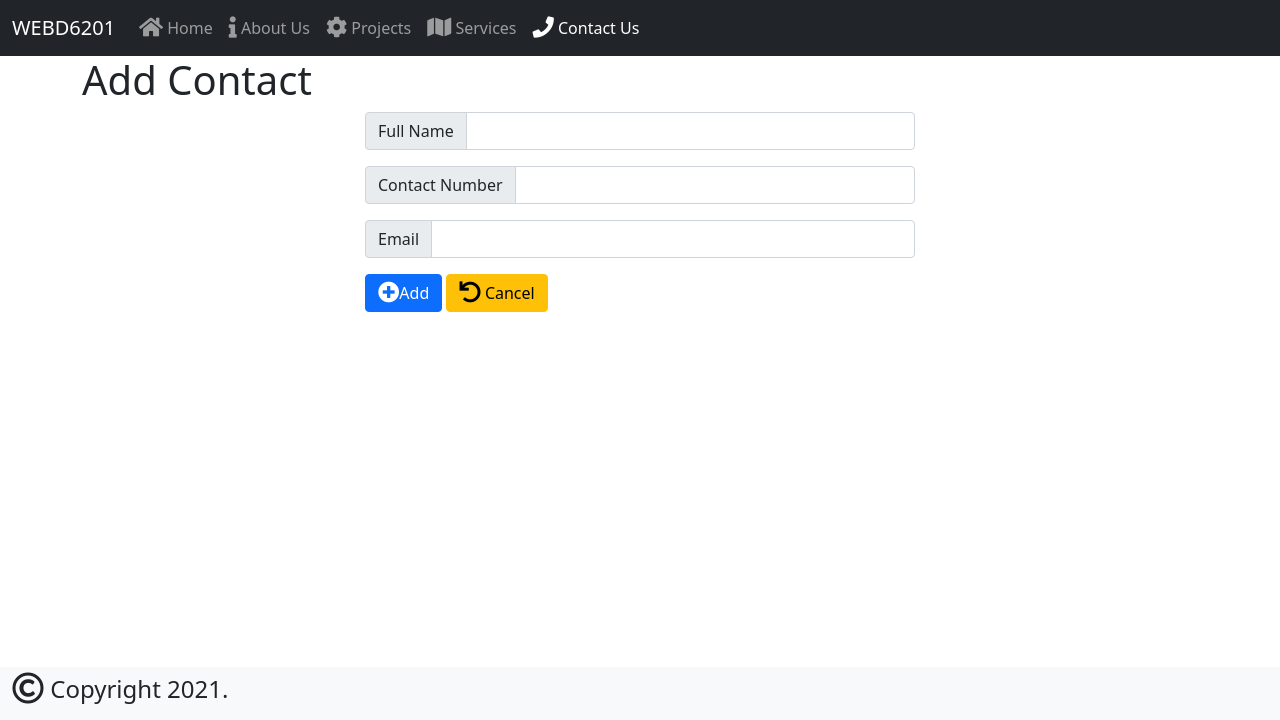
Repository: aphim/webd6201ICE6
Page: edit.html
An editor plug-in stored every save of this project. The page is shown before and after the next save, followed by the edit.
The browser window is 1280 px wide. The pictures show the whole page.

Above is the page before, as saved 2021-02-11 09:34:12.

### edit.html
<!DOCTYPE html>
<html lang="en">
<head>
    <meta charset="UTF-8">
    <meta name="viewport" content="width=device-width, initial-scale=1.0">
    <title>Edit</title>
    <!-- CSS Section -->
    <link rel="stylesheet" href="./node_modules/bootstrap/dist/css/bootstrap.min.css">
    <link rel="stylesheet" href="./node_modules/@fortawesome/fontawesome-free/css/all.min.css">
    <link rel="stylesheet" href="./Content/app.css">
</head>
<body>
    <!-- Main Header -->
    <header>
        <!-- Main Navigation -->
        <nav class="navbar navbar-expand-lg navbar-dark bg-dark">
            <div class="container-fluid">
              <a class="navbar-brand" href="index.html">WEBD6201</a>
              <button class="navbar-toggler" type="button" data-bs-toggle="collapse" data-bs-target="#navbarSupportedContent" aria-controls="navbarSupportedContent" aria-expanded="false" aria-label="Toggle navigation">
                <span class="navbar-toggler-icon"></span>
              </button>
              <div class="collapse navbar-collapse" id="navbarSupportedContent">
                <ul class="navbar-nav me-auto mb-2 mb-lg-0">
                  <li class="nav-item">
                    <a class="nav-link" aria-current="page" href="index.html"><i class="fas fa-home fa-lg"></i> Home</a>
                  </li>

                  <li class="nav-item">
                    <a class="nav-link" aria-current="page" href="about.html"><i class="fas fa-info fa-lg"></i> About Us</a>
                  </li>

                  <li class="nav-item">
                    <a class="nav-link" aria-current="page" href="projects.html"><i class="fas fa-cog fa-lg"></i> Projects</a>
                  </li>

                  <li class="nav-item">
                    <a class="nav-link" aria-current="page" href="services.html"><i class="fas fa-map fa-lg"></i> Services</a>
                  </li>

                  <li class="nav-item">
                    <a class="nav-link active" aria-current="page" href="contact.html"><i class="fas fa-phone fa-lg"></i> Contact Us</a>
                  </li>
                </ul>
              </div>
            </div>
          </nav>
    </header>

    <!-- Main Content -->
    <main class="container">
        <h1>Edit Contact</h1>
        <div id="messageArea"></div>

        <div class="row justify-content-lg-center g-3">
          <form class="col-lg-6 col-md-10 col-sm-10">

            <div class="input-group mb-3">
              <span class="input-group-text" id="inputGroup-sizing-default">Full Name </span>
              <input id="fullName" type="text" class="form-control" aria-label="Full Name" aria-describedby="Full Name Input"
              name="fullName" required>
            </div>

            <div class="input-group mb-3">
              <span class="input-group-text" id="inputGroup-sizing-default">Contact Number</span>
              <input id="contactNumber" type="tel" class="form-control" aria-label="Contact Number" aria-describedby="Contact Number Input"
              name="contactNumber" required>
            </div>

            <div class="input-group mb-3">
              <span class="input-group-text" id="inputGroup-sizing-default">Email</span>
              <input id="emailAddress" type="email" class="form-control" aria-label="Email Address" aria-describedby="Email Address Input"
              name="emailAddress" required>
            </div>


            <button id="editButton" type="submit" class="btn btn-primary"><i class="fas fa-edit fa-lg"></i> Edit</button>
            <button id="cancelButton" type="button" class="btn btn-warning"><i class="fas fa-undo fa-lg"></i> Cancel</button>
          </form>

    </main>

    <!-- Main Footer -->
    <footer>
        <nav class="navbar fixed-bottom navbar-light bg-light">
            <div class="container-fluid">
              <h4><i class="far fa-copyright fa-lg"></i> Copyright 2021.</h4>
            </div>
          </nav>
    </footer>

    <!-- Script Section-->
    <script src="./node_modules/jquery/dist/jquery.min.js"></script>
    <script src="./node_modules/bootstrap/dist/js/bootstrap.bundle.min.js"></script>

    <script src="./Scripts/namespace.js"></script>
    <script src="./Scripts/contact.js"></script>
    <script src="./Scripts/app.js"></script>
</body>
</html>

### Scripts/namespace.js

//namespace core
let core;

### Scripts/contact.js
"use strict";
// Contact Class

((core)=>{
  class Contact {
    // getters and setters
    get FullName()
    {
      return this.m_fullName;
    }

    set FullName(value)
    {
      this.m_fullName = value;
    }

    get ContactNumber()
    {
      return this.m_contactNumber;
    }

    set ContactNumber(value)
    {
      this.m_contactNumber = value;
    }

    get EmailAddress()
    {
      return this.m_emailAddress;
    }

    set EmailAddress(value)
    {
      this.m_emailAddress = value;
    }

    // constructor

    /**
     * @param {string} fullName
     * @param {string} contactNumber
     * @param {string} emailAddress
     */
    constructor(fullName = "", contactNumber = "", emailAddress = "")
    {
      this.FullName = fullName;
      this.ContactNumber = contactNumber;
      this.EmailAddress = emailAddress;
    }

    // methods

    /**
     * This method overrides the built-in toString method for the Contact class
     *
     * @returns {string}
     */
    toString()
    {
      return `Full Name     : ${this.FullName} \nContact Number: ${this.ContactNumber}\nEmail Address : ${this.EmailAddress}`;
    }

    /**
     * This method returns a JSON object made up of the properties of the Contact class
     *
     * @returns {Object}
     */
    toJSON()
    {
      return {
        "fullName": this.FullName,
        "contactNumber": this.ContactNumber,
        "emailAddress": this.EmailAddress
      }
    }

    /**
     * This method converts the Contact into a comma-separated value string
     *
     * @returns {string}
     */
    serialize()
    {
      if(this.FullName !== "" && this.ContactNumber !== "" && this.EmailAddress !== "")
      {
        return `${this.FullName},${this.ContactNumber},${this.EmailAddress}`;
      }
      else
      {
        console.error("One or more properties of the Contact is empty");
        return null;
      }
    }

    /**
     * This method takes a comma-separated data string and assigns the values to the Contact class properties
     *
     * @param {string} data
     * @return {void}
     */
    deserialize(data)
    {
      let propertyArray = data.split(",");
      this.FullName = propertyArray[0];
      this.ContactNumber = propertyArray[1];
      this.EmailAddress = propertyArray[2];
    }
  }

core.Contact = Contact;

})(core || (core={}));

### Scripts/app.js
/* custom JavaScript goes here */

//IIFE - Immediately Invoked Function Expression
//AKA - Anonymous Self-Executing Function
//Closure - limits scope leak

"use strict";


((core) =>
{
    function displayHome()
    {

      $("button").on("mouseover", () =>
      {
        console.log("mouseover button - jquery");
      });

      let myButton = document.querySelectorAll("button")[0];
       myButton.addEventListener("click", function()
      {
        console.log("clicked button - js");
      });

      console.log(myButton);


        let paragraphOneText =
          "This is a simple site to demonstrate DOM Manipulation for ICE 1";

        let paragraphOneElement = document.getElementById("paragraphOne");

        paragraphOneElement.textContent = paragraphOneText;
        paragraphOneElement.className = "fs-5";

        // Step 1. document.createElement
        let newParagraph = document.createElement("p");
        // Step 2. configure the element
        newParagraph.setAttribute("id", "paragraphTwo");
        newParagraph.textContent = "...And this is paragraph two";
        // Step 3. select the parent element
        let mainContent = document.getElementsByTagName("main")[0];
        // Step 4. Add / Insert the element
        mainContent.appendChild(newParagraph);

        newParagraph.className = "fs-6";

        // another way of injecting content
        let paragraphDiv = document.createElement("div");
        let paragraphThree = `<p id="paragraphThree" class="fs-7 fw-bold">And this is the Third Paragraph</p>`;
        paragraphDiv.innerHTML = paragraphThree;

        // insertions

        // example of inserting before a node
        //newParagraph.before(paragraphDiv);

        // example of inserting after a node
        newParagraph.after(paragraphDiv);

        // deletions

        // example of removing a single element
        //paragraphOneElement.remove();

        // example of removeChild
        mainContent.removeChild(paragraphOneElement);

        // update / modification
        //mainContent.firstElementChild.textContent = "Welcome Home!";

        mainContent.innerHTML = `<h1 id="firstHeading">Welcome to WEBD6201 - Lab 1</h1>
         <p id="paragraphOne" class="fs-3 fw-bold">This is my first Paragraph</p>
        `;

    }

    function displayAbout()
    {

    }

    function displayProjects()
    {

    }

    function displayServices()
    {

    }

    function testFullName()
    {
      let messageArea = $("#messageArea").hide();

      let fullNamePattern = /([A-Z][a-z]{1,25})+(\s|,|-)([A-Z][a-z]{1,25})+(\s|,|-)*/;

      $("#fullName").on("blur", function()
      {
          if(!fullNamePattern.test($(this).val()))
          {
            $(this).trigger("focus").trigger("select");
            messageArea.show().addClass("alert alert-danger").text("Please enter a valid Name. This must include a Capitalized first name followed by a Capitalized last name");

          }
          else
          {
            messageArea.removeAttr("class").hide();

          }
        });

    }

    function testContactNumber()
    {
      let messageArea = $("#messageArea");

      let contactNumberPattern = /^(\+\d{1,2}\s)?\(?\d{3}\)?[\s.-]\ d{3}[\s.-]\ d{4}$/;

      $("#contactNumber").on("blur", function()
      {
          if(!contactNumberPattern.test($(this).val()))
          {
            $(this).trigger("focus").trigger("select");
            messageArea.show().addClass("alert alert-danger").text("Please enter a valid Contact Number. Country code and area code are both optional.");

          }
          else
          {
            messageArea.removeAttr("class").hide();

          }
        });

    }

    function testEmailAddress()
    {
      let messageArea = $("#messageArea");

      let emailAddressPattern = /^([a-zA-Z0-9._%-]+@[a-zA-Z0-9.-]+\.[a-zA-Z]{2,6})*$/;

      $("#emailAddress").on("blur", function()
      {
          if(!emailAddressPattern.test($(this).val()))
          {
            $(this).trigger("focus").trigger("select");
            messageArea.show().addClass("alert alert-danger").text("Please enter a valid email address");

          }
          else
          {
            messageArea.removeAttr("class").hide();

          }
        });
    }

    function formValidation()
    {
      testFullName();
      testContactNumber();
      testEmailAddress();
    }

    function displayContact()
    {
      //form validation
      formValidation();

        $("#sendButton").on("click", (event)=>
        {
          if ($("#subscribeCheckbox")[0].checked)
          {
            let contact = new core.Contact(fullName.value, contactNumber.value, emailAddress.value);

            if(contact.serialize())
            {
              localStorage.setItem(key, contact.serialize());
            }
          }


        });

    }


    function displayContactList()
    {
      if (localStorage.length > 0)
      {
        let contactList = document.getElementById("contactList");

        let data = "";

        let keys = Object.keys(localStorage);

        let index = 1;

        for (const key of keys)
        {
          let contactData = localStorage.getItem(key);

          let contact = new core.Contact();
          contact.deserialize(contactData);

          data += `<tr>
          <th scope="row" class="text-center">${index}</th>
          <td>${contact.FullName}</td>
          <td>${contact.ContactNumber}</td>
          <td>${contact.EmailAddress}</td>
          <td class="text-center"><button value="${key}" class="btn btn-primary btn-sm edit"><i class="fas fa-edit fa-sm"></i> Edit</button></td>
          <td class="text-center"><button value="${key}" class="btn btn-danger btn-sm delete"><i class="fas fa-trash-alt fa-sm"></i> Delete</button></td>
        </tr>`;

        index++;
        }


        contactList.innerHTML = data;

        $("button.edit").on("click", function(){
          location.href = "edit.html#" +$(this).val();
         });

         $("button.delete").on("click", function(){
           if(confirm("Are you sure?"))
           {
            localStorage.removeItem($(this).val());
           }
           location.href = "contact-list.html"; // refresh the page
         });

         $("#addButton").on("click", function()
         {
         location.href = "edit.html";
        });

      }
    }

    function displayEdit()
    {
      let key = location.hash.substring(1);

      let contact = new core.Contact();

      if(key != "")
      {
        contact.deserialize(localStorage.getItem(key));

        $("#fullName").val(contact.FullName);
        $("#contactNumber").val(contact.ContactNumber);
        $("#emailAddress").val(contact.EmailAddress);
      }
      else
      {
        //modify page for add button instead of edit
        $("main>h1").text("Add Contact");
        //modify edit button
        $("#editButton").html(`<i class="fas fa-plus-circle fa-lg"></i>Add`);
      }

      //form validation
      formValidation();

      $("editButton").on("click", function()
      {

        if(document.forms[0].checkValidity)
        {

        }

        if(key == "")
        {
          key = contact.FullName.substring(0, 1) + Date.now();
        }

        contact.FullName = $("#fullName").val();
        contact.ContactNumber = $("#contactNumber").val();
        contact.EmailAddress = $("#emailAddress").val();

        localStorage.setItem(key, contact.serialize());
        location.href = "contact-list.html";

      });

      $("#cancelButton").on("click", function()
      {
        location.href = "contact-list.html";
      });
    }



    function Start()
    {
        console.log("App Started...");

        switch (document.title)
        {
          case "Home":
              displayHome();
            break;
          case "About":
              displayAbout();
            break;
          case "Projects":
              displayProjects();
            break;
          case "Services":
              displayServices();
            break;
          case "Contact":
              displayContact();
            break;
          case "Contact-List":
            displayContactList();
          break;
          case "Edit":
            displayEdit();
        break;
        }

    }

    window.addEventListener("load", Start);

    core.Start = Start;

}) (core || (core={}));

Loaded but not shown: node_modules/bootstrap/dist/css/bootstrap.min.css (library); node_modules/@fortawesome/fontawesome-free/css/all.min.css (library); Content/app.css (common file); node_modules/jquery/dist/jquery.min.js (library); node_modules/bootstrap/dist/js/bootstrap.bundle.min.js (library)

After the next save:
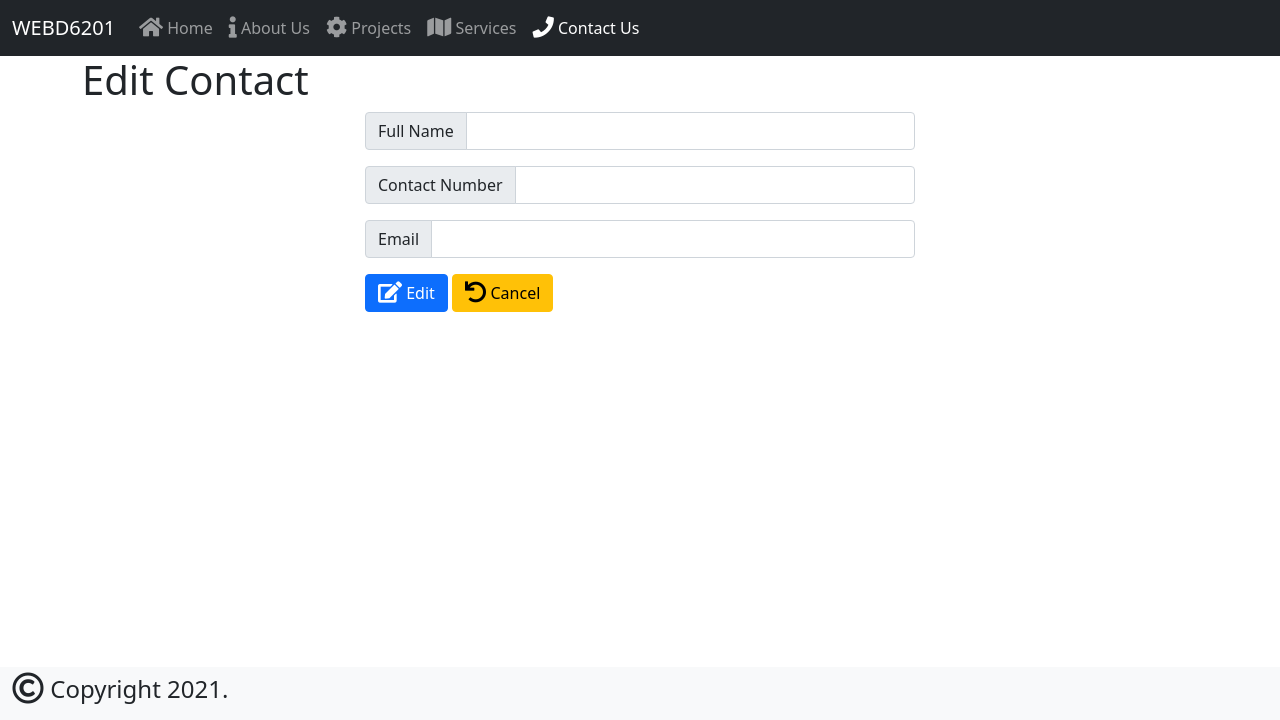
Console error: SyntaxError: missing ) after argument list
Saved 89 s later.
--- a/Scripts/app.js
+++ b/Scripts/app.js
@@ -273,10 +273,10 @@
 
         if(document.forms[0].checkValidity)
         {
-
+          location.href="contact-list.html";
         }
 
-        if(key == "")
+        /*if(key == "")
         {
           key = contact.FullName.substring(0, 1) + Date.now();
         }
@@ -288,7 +288,7 @@
         localStorage.setItem(key, contact.serialize());
         location.href = "contact-list.html";
 
-      });
+      });*/
 
       $("#cancelButton").on("click", function()
       {

After the save that followed:
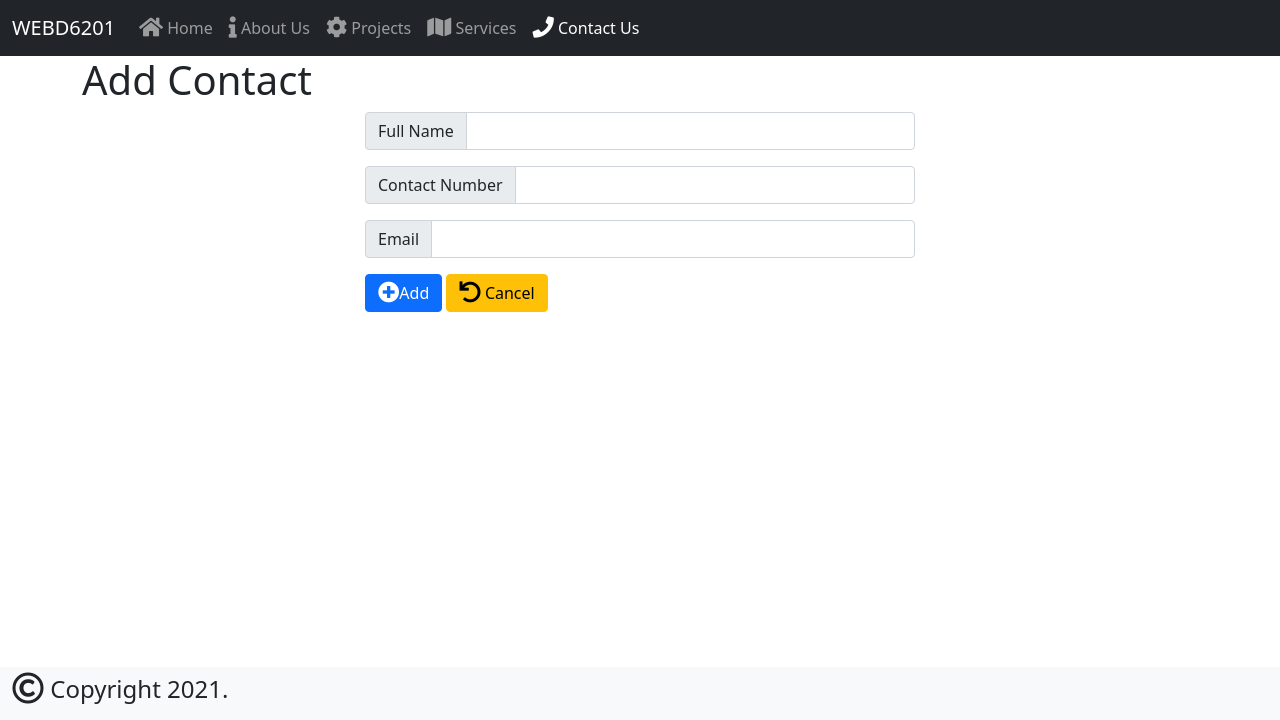
The error is gone.
Saved 4 min 40 s later.
--- a/Scripts/app.js
+++ b/Scripts/app.js
@@ -273,22 +273,20 @@
 
         if(document.forms[0].checkValidity)
         {
-          location.href="contact-list.html";
+          if(key == "")
+          {
+           key = contact.FullName.substring(0, 1) + Date.now();
+          }
+
+          contact.FullName = $("#fullName").val();
+          contact.ContactNumber = $("#contactNumber").val();
+          contact.EmailAddress = $("#emailAddress").val();
+
+          localStorage.setItem(key, contact.serialize());
+          location.href = "contact-list.html";
         }
 
-        /*if(key == "")
-        {
-          key = contact.FullName.substring(0, 1) + Date.now();
-        }
-
-        contact.FullName = $("#fullName").val();
-        contact.ContactNumber = $("#contactNumber").val();
-        contact.EmailAddress = $("#emailAddress").val();
-
-        localStorage.setItem(key, contact.serialize());
-        location.href = "contact-list.html";
-
-      });*/
+      });
 
       $("#cancelButton").on("click", function()
       {
